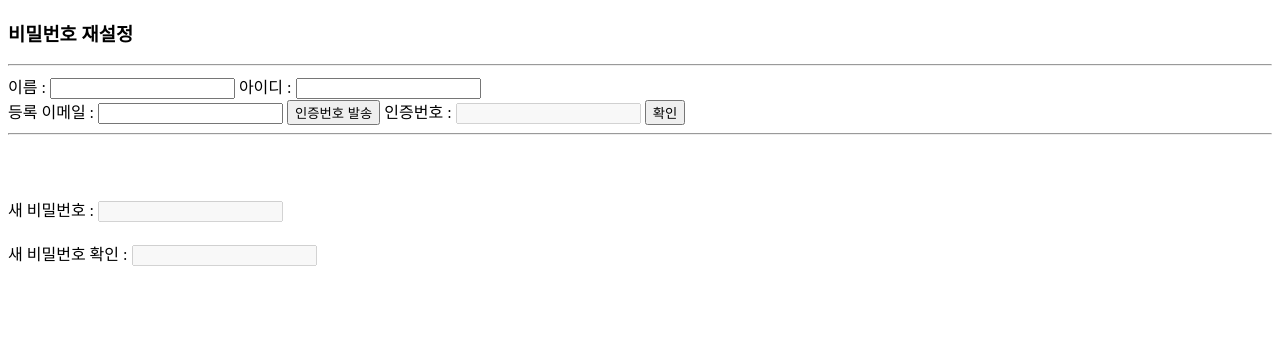
Repository: ssookkii/BusyBee
Page: http://localhost/BusyBee/WEB-INF/views/noTiles/newPassword.jsp
The author's editor kept a copy of each file at every save. The page is drawn from the files as they stood at one save, then again after the next save.
The browser window is 1280 px wide. The pictures show the whole page.
The page is served by Tomcat 9. Nobody is signed in. Other server files are loaded and not shown. The template is opened directly, without the code that normally fills it, so the values that code supplies are empty.

Above is the page before, as saved 2023-03-18 07:53:38.

### BusyBee/src/main/webapp/WEB-INF/views/noTiles/newPassword.jsp
<%@ page language="java" contentType="text/html; charset=UTF-8"
    pageEncoding="UTF-8"%>
<!DOCTYPE html>
<html>
<head>
<meta charset="UTF-8">
<title>Insert title here</title>
<!-- AJAX -->
<script src="https://ajax.googleapis.com/ajax/libs/jquery/3.6.3/jquery.min.js"></script>
</head>
<body>
<h3>비밀번호 재설정</h3>
<hr>
이름 : <input type="text" id="name">
아이디 : <input type="text" id="id">
<br>
등록 이메일 : <input type="text" id="email">
<button type="button" onclick="isExist()">인증번호 발송</button>
인증번호 : <input type='text' id='certNum' disabled="disabled"> <button type='button' onclick='checkCert()' >확인</button>
<hr>

<br><br><br>
새 비밀번호 : <input type='password' id='pwd1' disabled="disabled">
<h3 id='pwdCheck1'></h3>
새 비밀번호 확인 : <input type='password' id='pwd2' disabled="disabled">
<h3 id='pwdCheck2'></h3>

<table>
	<tbody id="tBody">
	</tbody>
</table>

<script type="text/javascript">

function isExist(){

	// 이메일 정규식
	var emailValid = /^[0-9a-zA-Z]([-_.]?[0-9a-zA-Z])*@[0-9a-zA-Z]([-_.]?[0-9a-zA-Z])*.[a-zA-Z]{2,3}$/i;
	var userEmail = $("#email").val();
	if(!emailValid.test(userEmail)) {
		alert('유효한 이메일을 입력해주세요.');
		$("#email").val('');
		return;
	}

	$.ajax({
		url : "findforPwd.do",
		type : "post",
		data : {"id" : $("#id").val(), "name" : $("#name").val(), "email" : $("#email").val()},
		success : function(msg) {
			if(msg=="findforPwd_SUCCESS") {
				$("#id").attr('disabled', true);
				$("#name").attr('disabled', true);
				$("#email").attr('disabled', true);
				doCert();
			} else {
				alert('정보를 다시 확인해주세요');
			}
		},
		error : function(msg) {
			alert('error');
		}
	});
}

function doCert() {

	var userEmail = $("#email").val();

	$.ajax({
		url : "select3.do",
		async:false,
		type : 'get',
		data : {"cert_email" : userEmail},
		success : function(msg) {
			if(msg=="cert3_FAIL"){
				alert('일일 최대 인증횟수 3회를 초과했습니다. 다음에 다시 시도해주세요.');
				location.href='loginMain.do';
				return;
			}
		},
		error : function(){
			alert('error');
		}
	})

	$.ajax({
			url : "mailCheck.do",
			type : 'get',
			data : {"email" : userEmail, "purpose" : "find"},
			success : function(data) {
				alert('인증번호가 전송되었습니다. 인증은 일일 3회까지 가능합니다.');
				$("#certNum").attr("disabled", false);
				authkey = data;
			},
			error : function(){
				alert('error');
			}
		});
}

function checkCert(){

	var userEmail = $("#email").val();
	$.ajax({
		type : 'get',
		url : "selectCert.do",
		data : {"cert_email" : userEmail, "authkey" : $("#certNum").val()},
		success : function(msg) {
			if(msg!=null && msg!=""){
				if(msg=="cert_SUCCESS") {
					alert("인증되었습니다. 이어서 비밀번호를 재설정해주세요.");
					$("#certNum").attr('disabled', true);
					$("#pwd1").attr('disabled', false);
					$("#pwd2").attr('disabled', false);
				} else {
					$("certNum").val('');
					alert("잘못된 인증번호입니다. 다시 확인해주세요");
				}
			}
		},
		error : function() {
			alert('error');
		}
	});
}

$("#pwd1").keyup(function(e){

	let key = e.key || e.keyCode;

	if($("#pwd1").val()=="") {
		$("#pwdCheck1").text('');
		$("#pwdCheck2").text('');
		pwd1_OK=false;
		pwd2_OK=false;
		return;
	}

	if(key==" " || key==32) {
		alert('비밀번호에는 공백이 들어갈 수 없습니다.');
		$("#pwd1").val('');
		$("#pwdCheck1").text('');
		pwd1_OK=false;
		return;
	}

	if($("#pwd1").val()==$("#pwd2").val()) {
		$("#pwdCheck2").text('동일합니다.');
		pwd2_OK=true;
	} else{
		$("#pwdCheck2").text('');
		pwd2_OK=false;
	}

	// PWD 유효성 검사
	var pwd1 = $("#pwd1").val();
	var numValid = pwd1.search(/[0-9]/g);
	var engValid = pwd1.search(/[a-z]/ig);
	var speValid = pwd1.search(/[`~!@@#$%^&*|₩₩₩'₩";:₩/?]/gi);

	if (pwd1.length<8 || pwd1.length>20) {
		$("#pwdCheck1").text('비밀번호는 6~20자로 설정해주세요.');
		pwd1_OK=false;
	} else if(numValid < 0 || engValid < 0 || speValid < 0 ){
		$("#pwdCheck1").text('비밀번호에는 숫자, 영문, 특수문자가 모두 포함되어있어야 합니다.');
		pwd1_OK=false;
	} else {
		$("#pwdCheck1").text('사용가능한 비밀번호입니다.');
		pwd1_OK=true;
	}
});


// PWD(2/2)

$("#pwd2").keyup(function(){

	if($("#pwd2").val()=="") {
		$("#pwdCheck2").text('');
		pwd2_OK=false;
		return;
	}

	if($("#pwd1").val()!=$("#pwd2").val()) {
		$("#pwdCheck2").text('동일한 비밀번호를 입력해주세요.');
		pwd2_OK=false;
	} else {
		$("#pwdCheck2").text('동일합니다.');
		pwd2_OK=true;
	}

});
</script>


</body>
</html>

After the next save:
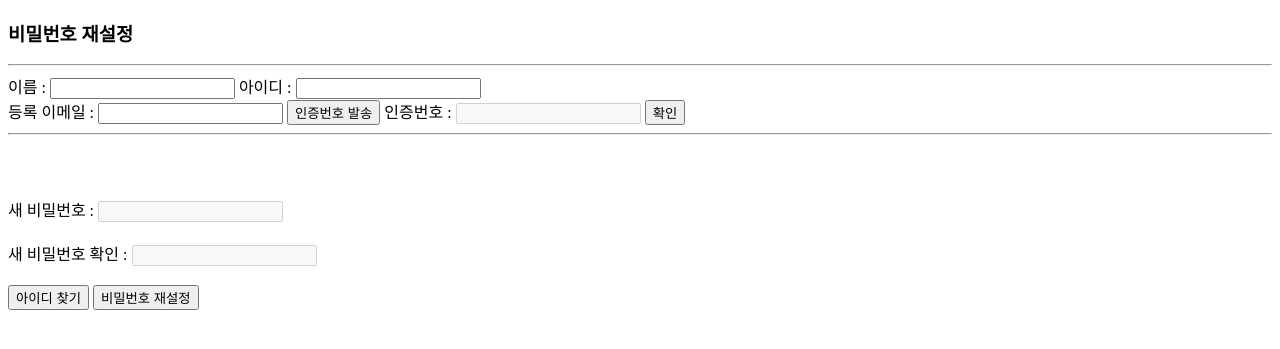
Saved 112 s later.
--- a/BusyBee/src/main/webapp/WEB-INF/views/noTiles/newPassword.jsp
+++ b/BusyBee/src/main/webapp/WEB-INF/views/noTiles/newPassword.jsp
@@ -24,6 +24,8 @@
 <h3 id='pwdCheck1'></h3>
 새 비밀번호 확인 : <input type='password' id='pwd2' disabled="disabled">
 <h3 id='pwdCheck2'></h3>
+<button type="button" onclick="location.href='FindId.do'">아이디 찾기</button>
+<button type="button">비밀번호 재설정</button>
 
 <table>
 	<tbody id="tBody">
